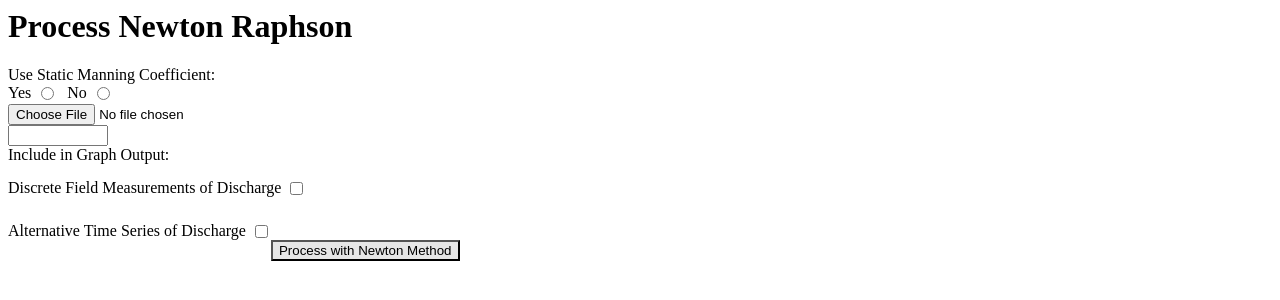
Repository: shape87/FloodAnalysis
Page: FloodAnalysis27/Web/templates/process.html
These files come from the project's save history. The page is drawn as it stood at one moment and after the next save; the edit follows.
The browser window is 1280 px wide. The pictures show the whole page.

Above is the page before, as saved 2017-01-24 18:05:06.

After the next save:
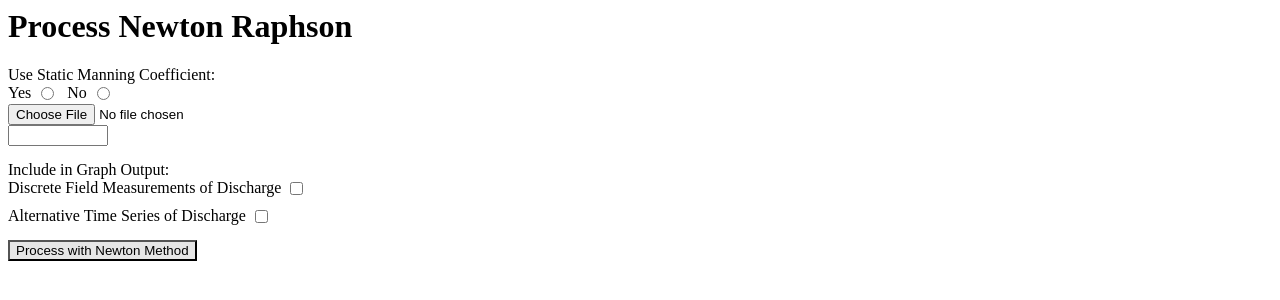
Saved 58 s later.
--- a/FloodAnalysis27/Web/templates/process.html
+++ b/FloodAnalysis27/Web/templates/process.html
@@ -24,9 +24,9 @@
 		</div>
 	 </div>
 
-	 <div class="form-group">
+	 <div style="margin: 15px 0px" class="form-group">
 		  <label>Include in Graph Output:</label><br />
-		  <div style="margin: 15px 0px; height: 10px">
+		  <div style="height: 10px">
 			  <label style="font-weight: normal; float:left; margin-right: 5px">Discrete Field Measurements of Discharge</label>
 			  <input style="float:left" type="checkbox" name="manning" class="manning_radio" id="discrete_output" />
 		  </div>
